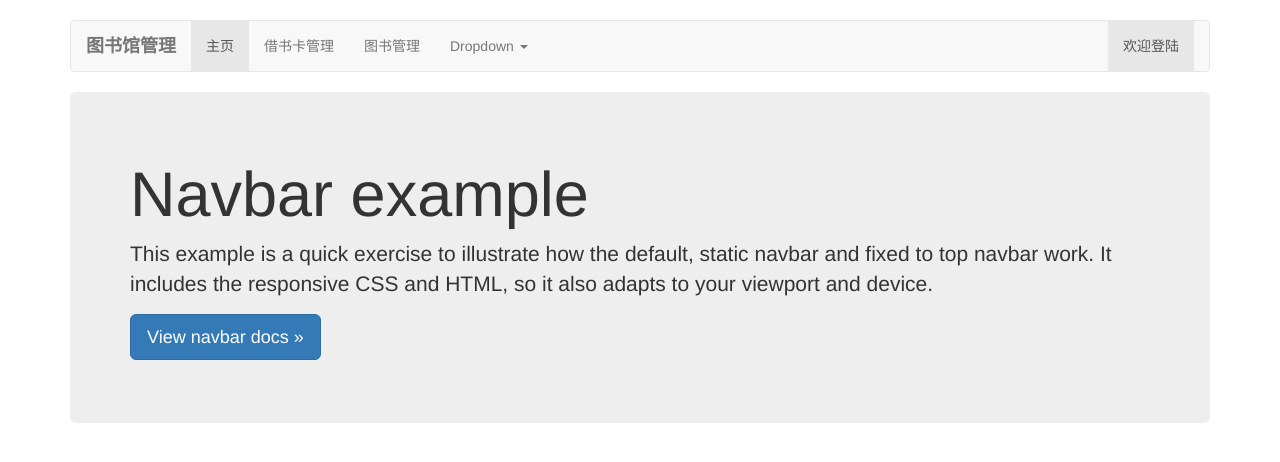
Repository: chaice/code
Page: http://localhost/web6/home
These files come from the project's save history. The page is drawn as it stood at one moment and after the next save; the edit follows.
The browser window is 1280 px wide. The pictures show the whole page.
Some web libraries are served in a nearby version. The page is served by Tomcat 9. The session is filled in as if someone had signed in: {"username": "testuser"}. Other server files are loaded and not shown.

Above is the page before, as saved 2016-06-02 08:08:42.

### web6/WebContent/WEB-INF/views/home.jsp
<%@ page language="java" contentType="text/html; charset=UTF-8"
	pageEncoding="UTF-8"%>
<!DOCTYPE html>
<html>
<head>
<meta charset="UTF-8">
<title>主页</title>
<%@ include file="head.jsp"%>
<div class="jumbotron">
        <h1>Navbar example</h1>
        <p>This example is a quick exercise to illustrate how the default, static navbar and fixed to top navbar work. It includes the responsive CSS and HTML, so it also adapts to your viewport and device.</p>
        <p>
          <a class="btn btn-lg btn-primary" role="button">View navbar docs &raquo;</a>
        </p>
      </div>
</div>
<script src="//cdn.bootcss.com/jquery/1.11.3/jquery.min.js"></script>
<script src="//cdn.bootcss.com/bootstrap/3.3.5/js/bootstrap.min.js"></script>
<script>
$("ul,.nav>li:nth-child(1)").addClass("active");
</script>
</body>
</html>

### web6/WebContent/WEB-INF/views/head.jsp
<%@ page language="java" contentType="text/html; charset=UTF-8"
	pageEncoding="UTF-8"%>
<link href="//cdn.bootcss.com/bootstrap/3.3.5/css/bootstrap.min.css"
	rel="stylesheet">
<style>
body {
	padding-top: 20px;
	padding-bottom: 20px;
}

.navbar {
	margin-bottom: 20px;
}
</style>
</head>
<body>
	<%
		String name = (String) session.getAttribute("username");
		if (name == null) {
			response.sendRedirect("/login");
		}
	%>
	<div class="container">
		<nav class="navbar navbar-default">
			<div class="container-fluid">
				<div class="navbar-header">
					<a class="navbar-brand"><strong>图书馆管理</strong></a>
				</div>
				<div id="navbar" class="navbar-collapse collapse">
					<ul class="nav navbar-nav">
						<li><a href="/home">主页</a></li>
						<li><a href="/card_list">借书卡管理</a></li>
						<li><a href="/book_list">图书管理</a></li>
						<li class="dropdown"><a href="#" class="dropdown-toggle"
							data-toggle="dropdown" role="button" aria-haspopup="true"
							aria-expanded="false">Dropdown <span class="caret"></span></a>
							<ul class="dropdown-menu">
								<li><a href="#">Action</a></li>
								<li><a href="#">Another action</a></li>
								<li><a href="#">Something else here</a></li>
								<li role="separator" class="divider"></li>
								<li class="dropdown-header">Nav header</li>
								<li><a href="#">Separated link</a></li>
								<li><a href="#">One more separated link</a></li>
							</ul></li>
					</ul>
					<ol class="nav navbar-nav navbar-right">
						<li><a>欢迎登陆</a></li>
					</ol>
				</div>
			</div>
		</nav>

### web6/src/com/ccit/mservlet/Home.java
package com.ccit.mservlet;

import java.io.IOException;
import javax.servlet.ServletException;
import javax.servlet.http.HttpServlet;
import javax.servlet.http.HttpServletRequest;
import javax.servlet.http.HttpServletResponse;

public class Home extends HttpServlet {
	private static final long serialVersionUID = 1L;
    public Home() {
        super();
    }
	protected void doGet(HttpServletRequest request, HttpServletResponse response) throws ServletException, IOException {
		request.getRequestDispatcher("/WEB-INF/views/home.jsp").forward(request, response);
	}
}

After the next save:
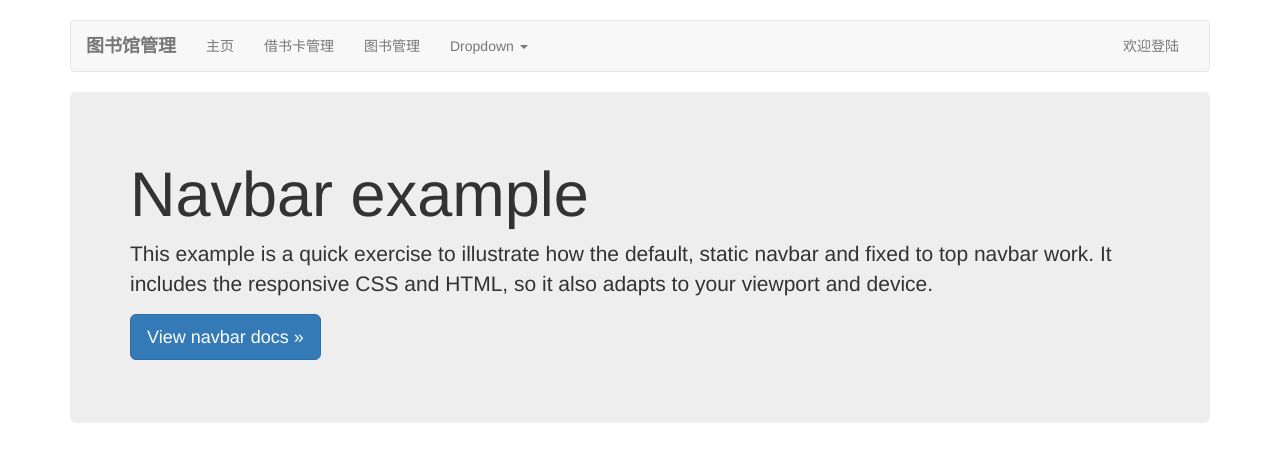
Saved 12 s later.
--- a/web6/WebContent/WEB-INF/views/home.jsp
+++ b/web6/WebContent/WEB-INF/views/home.jsp
@@ -17,7 +17,7 @@
 <script src="//cdn.bootcss.com/jquery/1.11.3/jquery.min.js"></script>
 <script src="//cdn.bootcss.com/bootstrap/3.3.5/js/bootstrap.min.js"></script>
 <script>
-$("ul,.nav>li:nth-child(1)").addClass("active");
+$("#l1").addClass("active");
 </script>
 </body>
 </html>
